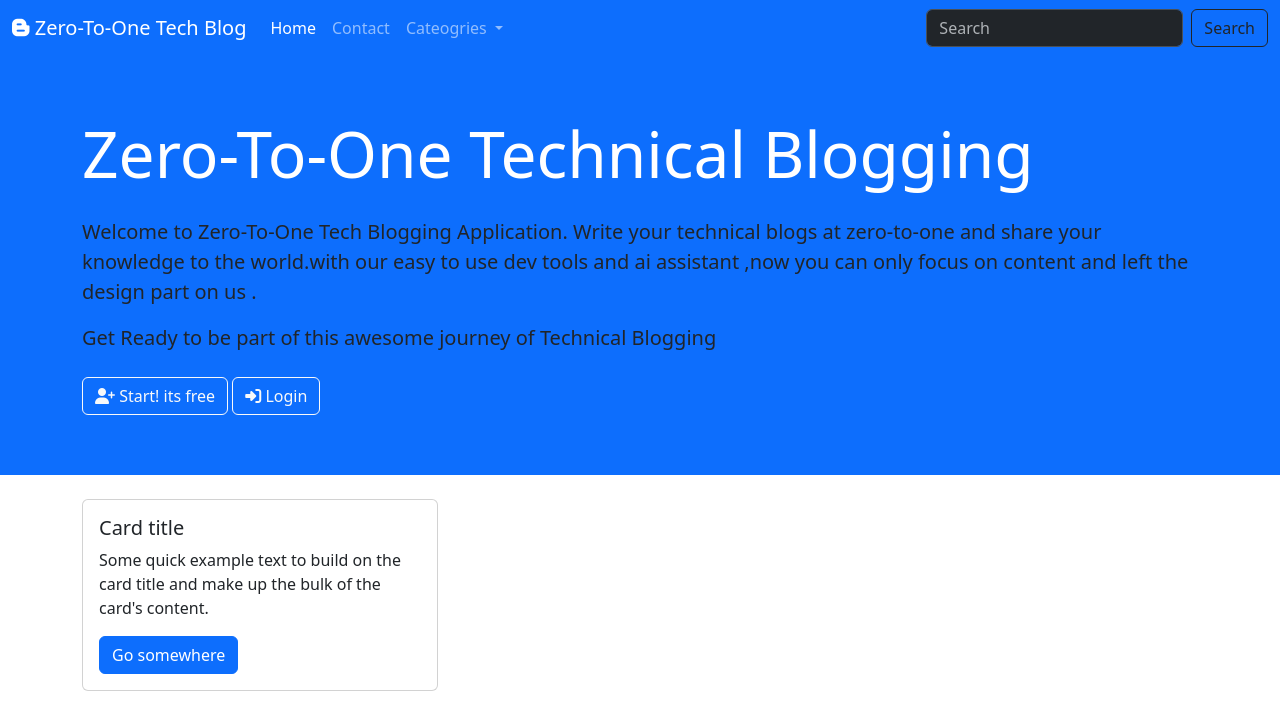
Repository: Gaurav560/PROJECT-ZeroToOne-TechBlog
Page: http://localhost/ZeroToOne/
These files come from the project's save history. The page is drawn as it stood at one moment and after the next save; the edit follows.
The browser window is 1280 px wide. The pictures show the whole page.
Some web libraries are served in a nearby version. The page is served by Tomcat 9.

Above is the page before, as saved 2023-04-29 07:53:26.

After the next save:
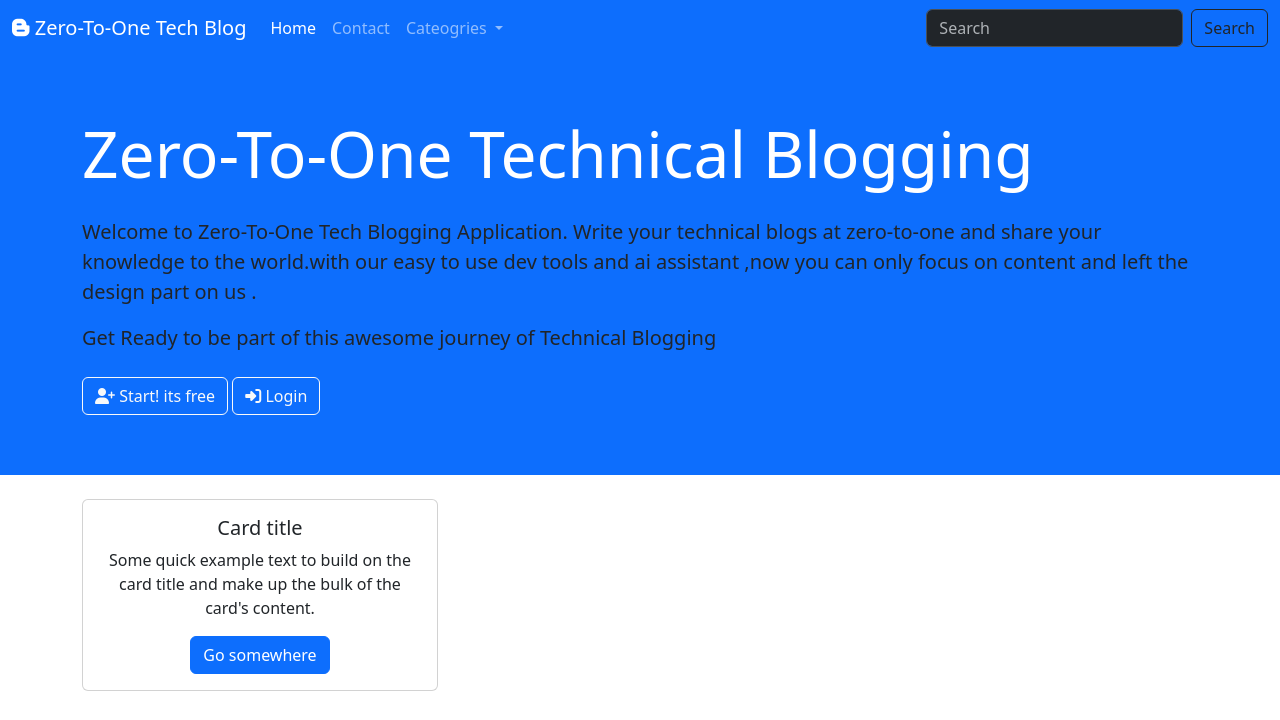
Saved 9 s later.
--- a/ZeroToOne/src/main/webapp/index.jsp
+++ b/ZeroToOne/src/main/webapp/index.jsp
@@ -54,7 +54,7 @@
 <div class="col-md-4">
 
 
-<div class="card">
+<div class="card text-center">
 
   <div class="card-body">
     <h5 class="card-title">Card title</h5>
